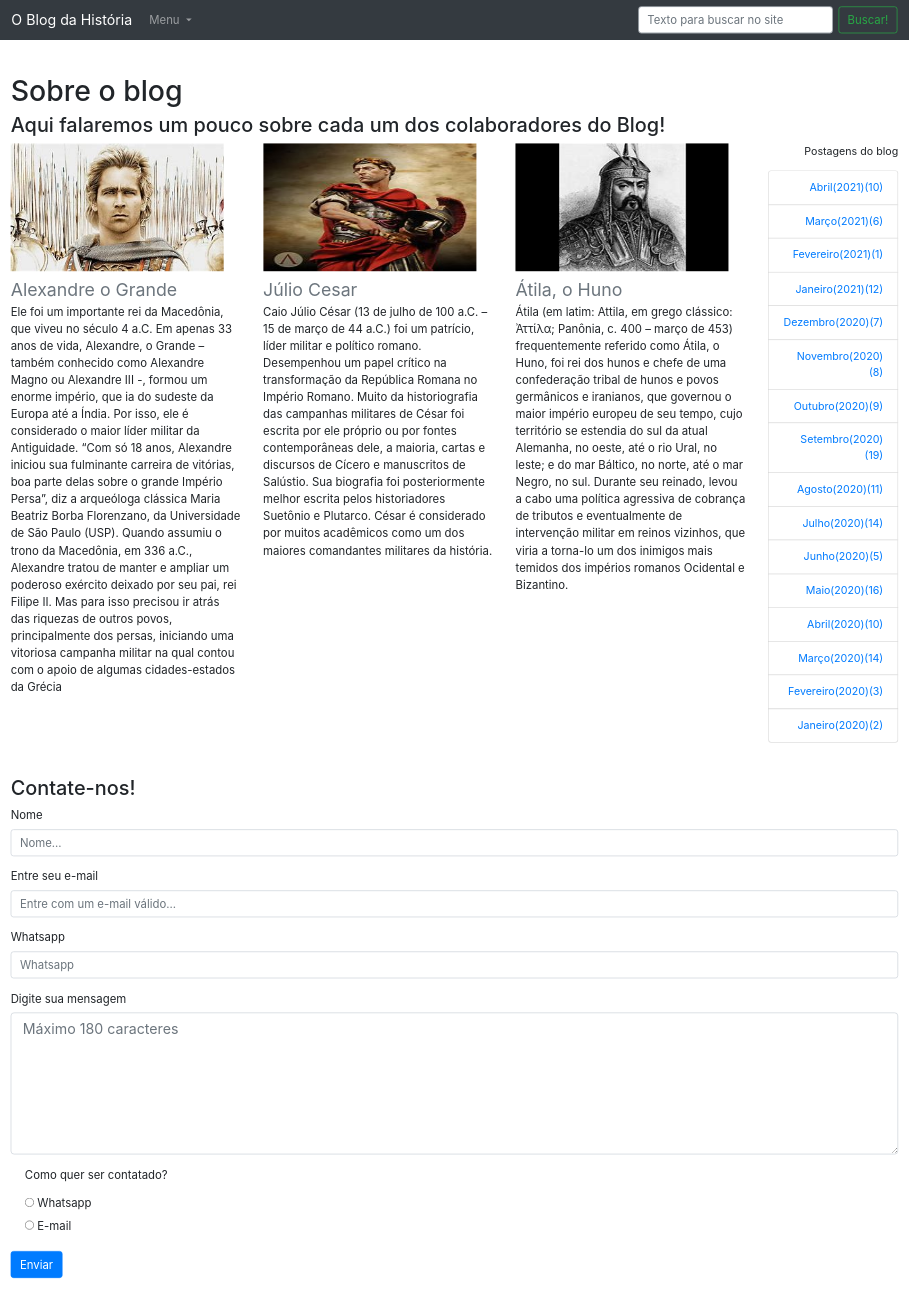
Repository: xhenrique/blog_layout_bootstrap
Page: source/sobre.html
An editor plug-in stored every save of this project. The page is shown before and after the next save, followed by the edit.
The browser window is 1280 px wide. The pictures show the whole page, at 71% of full size.

Above is the page before, as saved 2021-04-25 01:47:00.

After the next save:
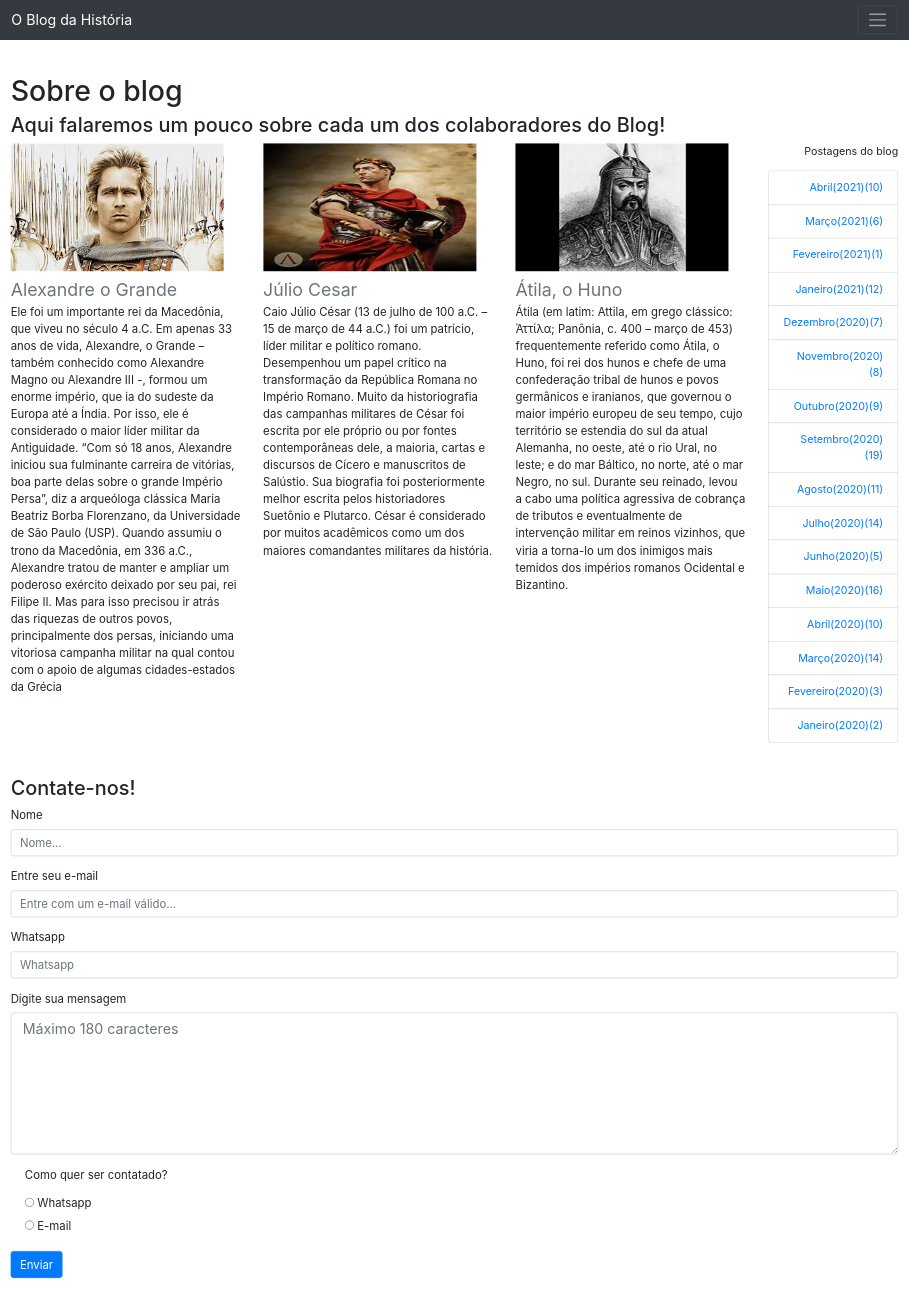
Saved 2 min 32 s later.
--- a/source/sobre.html
+++ b/source/sobre.html
@@ -7,13 +7,10 @@
 
     <!-- Bootstrap CSS -->
     <link rel="stylesheet" href="https://stackpath.bootstrapcdn.com/bootstrap/4.1.3/css/bootstrap.min.css" integrity="sha384-MCw98/SFnGE8fJT3GXwEOngsV7Zt27NXFoaoApmYm81iuXoPkFOJwJ8ERdknLPMO" crossorigin="anonymous">
-
-  <!--Meu CSS personalizado-->
-  <link rel="stylesheet" href="../css/estilos.css">
     <title>O Blog da História</title>
   </head>
   <body>
-    <nav class="navbar navbar-expand-md navbar-dark bg-dark sticky-top">
+    <nav class="navbar navbar-dark bg-dark sticky-top">
         <a class = "navbar-brand" href="index.html">O Blog da História</a>
 
         <!--Especificações do que é cada um dos atributos!!!!!

After the save that followed:
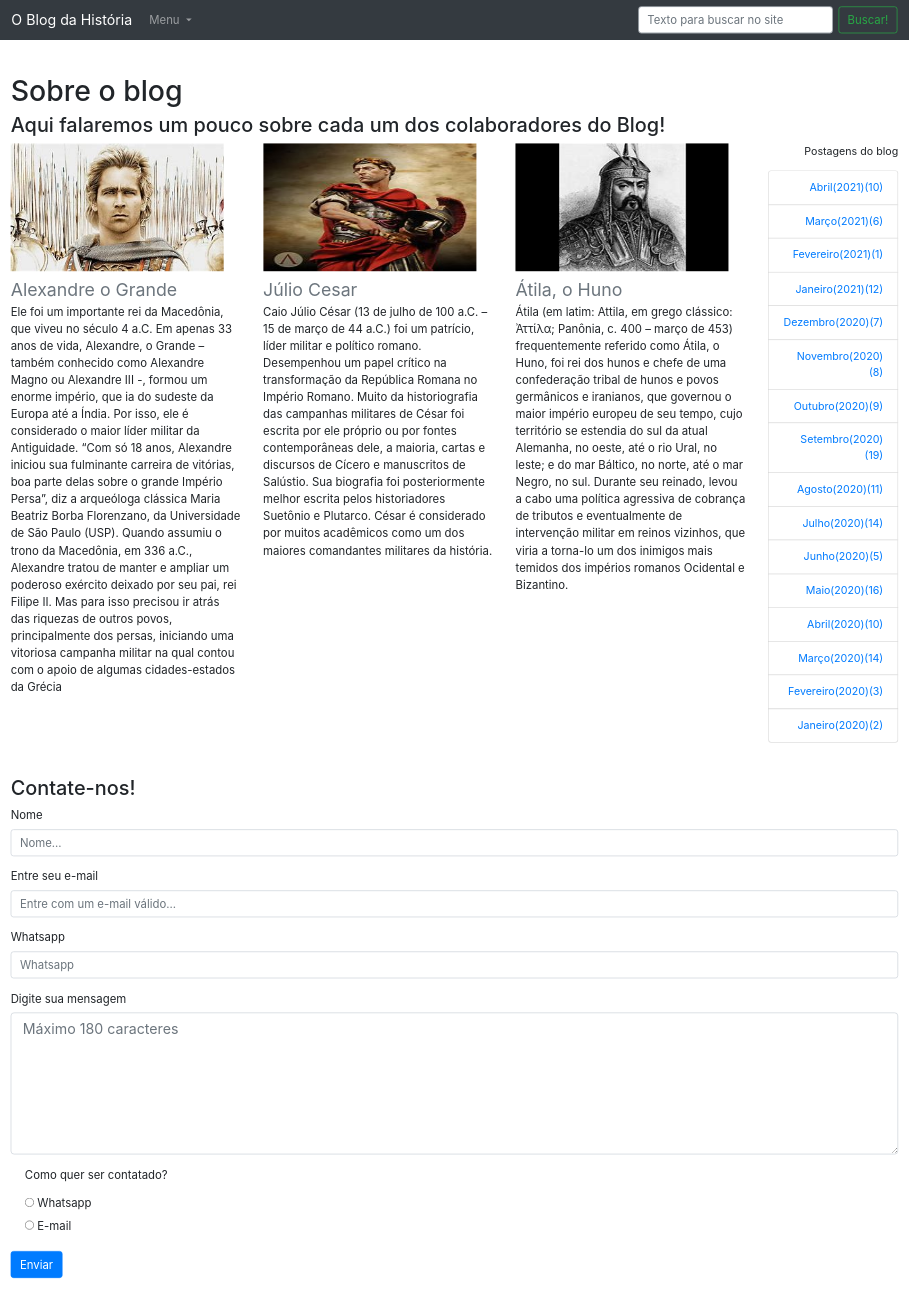
Saved 12 s later.
--- a/source/sobre.html
+++ b/source/sobre.html
@@ -10,7 +10,7 @@
     <title>O Blog da História</title>
   </head>
   <body>
-    <nav class="navbar navbar-dark bg-dark sticky-top">
+    <nav class="navbar navbar-expand-md navbar-dark bg-dark sticky-top">
         <a class = "navbar-brand" href="index.html">O Blog da História</a>
 
         <!--Especificações do que é cada um dos atributos!!!!!
